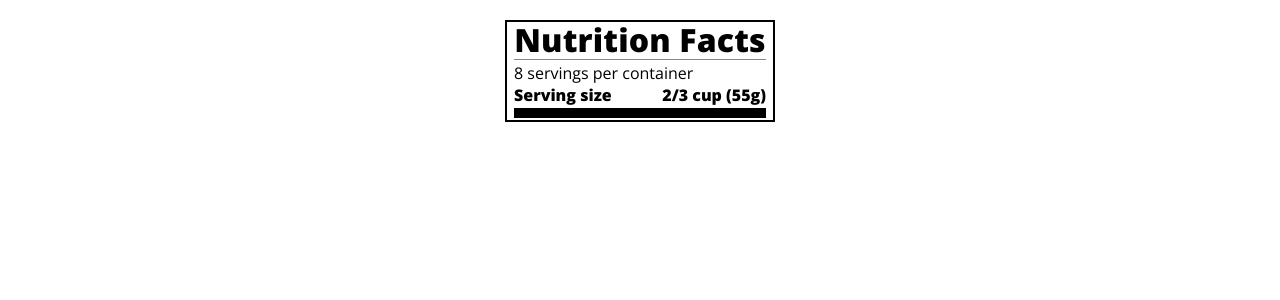
Repository: AimenDje/NutritionLabel
Page: index.html
An editor plug-in stored every save of this project. The page is shown before and after the next save, followed by the edit.
The browser window is 1280 px wide. The pictures show the whole page.

Above is the page before, as saved 2025-08-30 22:18:42.

### index.html
<!DOCTYPE html>
<html lang="en">

<head>
  <meta charset="UTF-8">
  <title>Nutrition Label</title>
  <link rel="stylesheet" href="https://fonts.googleapis.com/css?family=Open+Sans:400,700,800">
  <link rel="stylesheet" href="styles.css">

</head>

<body>
  <div class="label">
    <header>
      <h1 class="bold">Nutrition Facts</h1>
      <div class="divider"></div>
      <p>8 servings per container</p>
      <p class="bold">Serving size <span>2/3 cup (55g)</span></p>
    </header>
    <div class="divider large"> </div>
    <div class="calories-info"> </div>
  </div>
  </div>
</body>
</html>

### styles.css
*{
  box-sizing: border-box;
}

body{
  font-family:"Open Sans", sans-serif;
}

html{
  font-size:16px;
}

.label {
  border: 2px solid black;
  width: 270px;
  margin: 20px auto;
  padding : 0 7px;
}

header h1 {
  text-align: center;
  margin : -4px 0;
  letter-spacing : 0.15px;
}

p{
  margin : 0;
  display:flex;
  justify-content: space-between;
}

.divider{
  border-bottom: 1px solid #888989;
  margin : 2px 0;
}

.bold{
  font-weight: 800;
}

.large{
  height:10px;

}
.large, .medium{
  background-color:black;
  border:0;
}

After the next save:
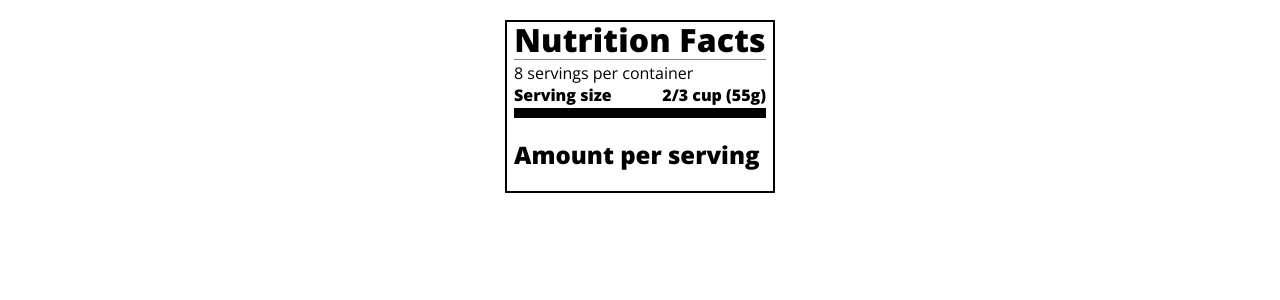
Saved 2 min 29 s later.
--- a/index.html
+++ b/index.html
@@ -18,7 +18,11 @@
       <p class="bold">Serving size <span>2/3 cup (55g)</span></p>
     </header>
     <div class="divider large"> </div>
-    <div class="calories-info"> </div>
+    <div class="calories-info">
+      <div class="left-container">
+        <h2 class="bold small-text"> Amount per serving</h2>
+      </div>
+    </div>
   </div>
   </div>
 </body>
